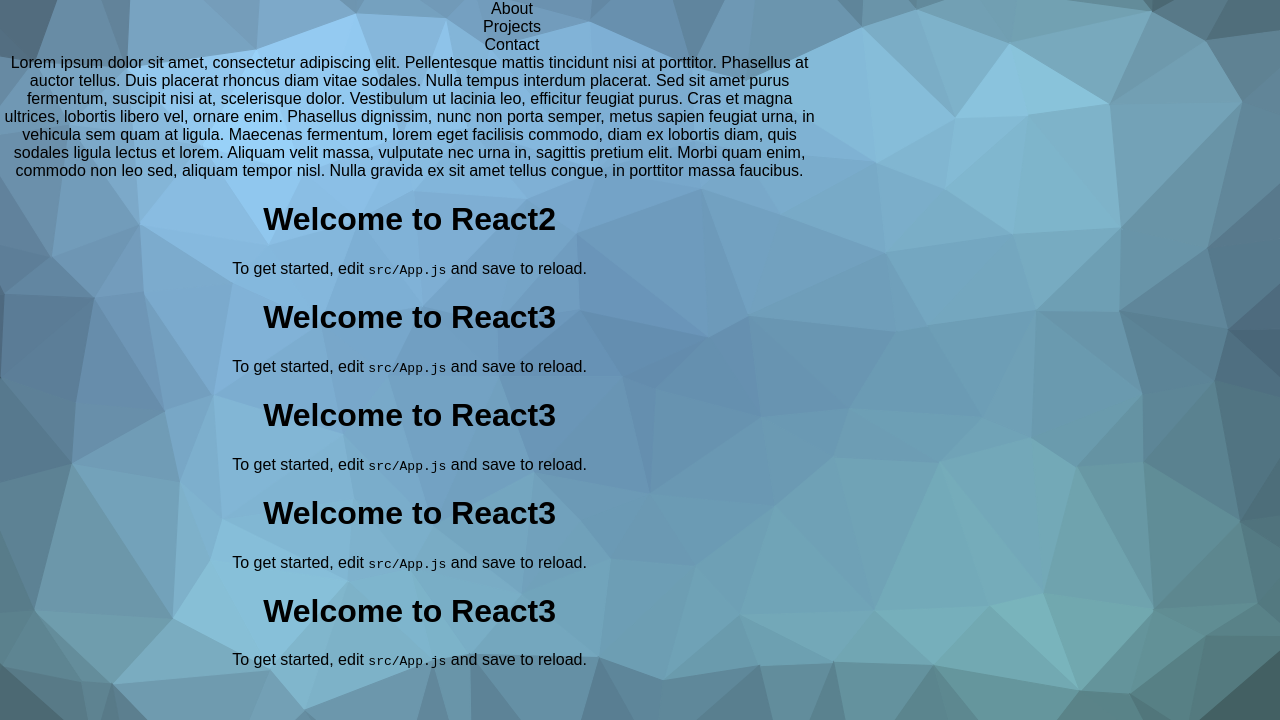
Repository: jordanCain/Education
Page: /
The author's editor kept a copy of each file at every save. The page is drawn from the files as they stood at one save, then again after the next save.
The browser window is 1280 px wide. The pictures show the whole page.
The project was rebuilt for these pictures with package versions that can differ from the ones it lists, and the page was loaded fresh each time.

Above is the page before, as saved 2018-07-16 21:34:02.

### src/index.js
import React from 'react';
import ReactDOM from 'react-dom';
import './style.css';
import App from './App';
import registerServiceWorker from './registerServiceWorker';

ReactDOM.render(<App />, document.getElementById('root'));
registerServiceWorker();

### src/style.css
body {
  margin: 0;
  padding: 0;
  font-family: sans-serif;
  background: url(./images/background.svg) no-repeat center center fixed;
  background-size: cover;
}

.App {
  width: 80%;
  text-align: center;
}

### src/App.js
import React, { Component } from 'react';
import NavBar from './views/NavBar';
import About from './views/About';
import Projects from './views/Projects';
import Contact from './views/Contact';

class App extends Component {
	render() {
		return (
			<div className="App">
				<NavBar />
				<About />
				<Projects />
				<Contact />
			</div>
		);
	}
}

export default App;

### src/views/NavBar.js
import React from 'react';
import pageIDs from '../constants/pageIDs';

class NavBar extends React.Component{
    render(){
        return(
        <div>
            <div
                onClick={() => { document.getElementById(pageIDs.about).scrollIntoView()}}>
                About
            </div>
            <div
                onClick={() => { document.getElementById(pageIDs.projects).scrollIntoView()}}>
                Projects
            </div>
            <div
                onClick={() => { document.getElementById(pageIDs.contact).scrollIntoView()}}>
                Contact
            </div>
        </div>
        );
    }
}

export default NavBar;

### src/views/About.js
import React from 'react';
import pageIDs from '../constants/pageIDs';

class Page1 extends React.Component {
    render() {
        return(
            <div className="App" id={pageIDs.about}>
                Lorem ipsum dolor sit amet, consectetur adipiscing elit. Pellentesque mattis tincidunt nisi at porttitor. Phasellus at auctor tellus. Duis placerat rhoncus diam vitae sodales. Nulla tempus interdum placerat. Sed sit amet purus fermentum, suscipit nisi at, scelerisque dolor. Vestibulum ut lacinia leo, efficitur feugiat purus. Cras et magna ultrices, lobortis libero vel, ornare enim. Phasellus dignissim, nunc non porta semper, metus sapien feugiat urna, in vehicula sem quam at ligula. Maecenas fermentum, lorem eget facilisis commodo, diam ex lobortis diam, quis sodales ligula lectus et lorem. Aliquam velit massa, vulputate nec urna in, sagittis pretium elit. Morbi quam enim, commodo non leo sed, aliquam tempor nisl. Nulla gravida ex sit amet tellus congue, in porttitor massa faucibus.
            </div>
        )
    }
}

export default Page1;

### src/views/Projects.js
import React from 'react';
import pageIDs from '../constants/pageIDs';

class Page2 extends React.Component {
    render() {
        return(
            <div className="App" id={pageIDs.projects}>
                <header className="App-header">
                <h1 className="App-title">Welcome to React2</h1>
                </header>
                <p className="App-intro">
                To get started, edit <code>src/App.js</code> and save to reload.
                </p>
            </div>
        )
    }
}

export default Page2;

### src/views/Contact.js
import React from 'react';
import pageIDs from '../constants/pageIDs';

class Page3 extends React.Component {
    render() {
        return(
            <div className="App" id={pageIDs.contact}>
                <header className="App-header">
                <h1 className="App-title">Welcome to React3</h1>
                </header>
                <p className="App-intro">
                To get started, edit <code>src/App.js</code> and save to reload.
                </p>
                <header className="App-header">
                <h1 className="App-title">Welcome to React3</h1>
                </header>
                <p className="App-intro">
                To get started, edit <code>src/App.js</code> and save to reload.
                </p>
                <header className="App-header">
                <h1 className="App-title">Welcome to React3</h1>
                </header>
                <p className="App-intro">
                To get started, edit <code>src/App.js</code> and save to reload.
                </p>
                <header className="App-header">
                <h1 className="App-title">Welcome to React3</h1>
                </header>
                <p className="App-intro">
                To get started, edit <code>src/App.js</code> and save to reload.
                </p>
            </div>
        )
    }
}

export default Page3;

### src/constants/pageIDs.json
{
    "about": "ABOUT",
    "projects": "PROJECTS",
    "contact": "CONTACT"
}

Loaded but not shown: public/index.html (common file); src/registerServiceWorker.js (common file)

After the next save:
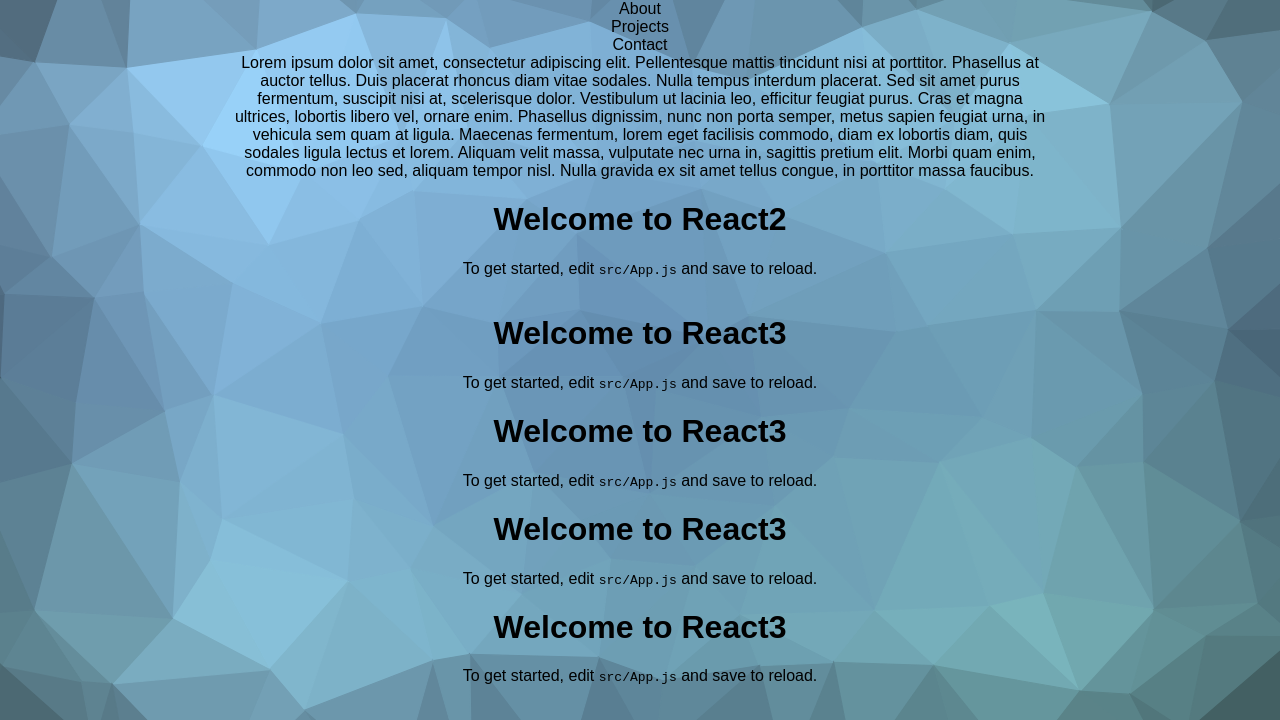
Saved 31 s later.
--- a/src/style.css
+++ b/src/style.css
@@ -4,9 +4,11 @@
   font-family: sans-serif;
   background: url(./images/background.svg) no-repeat center center fixed;
   background-size: cover;
+  text-align: center;
 }
 
 .App {
   width: 80%;
-  text-align: center;
+
+  display: inline-block;
 }
